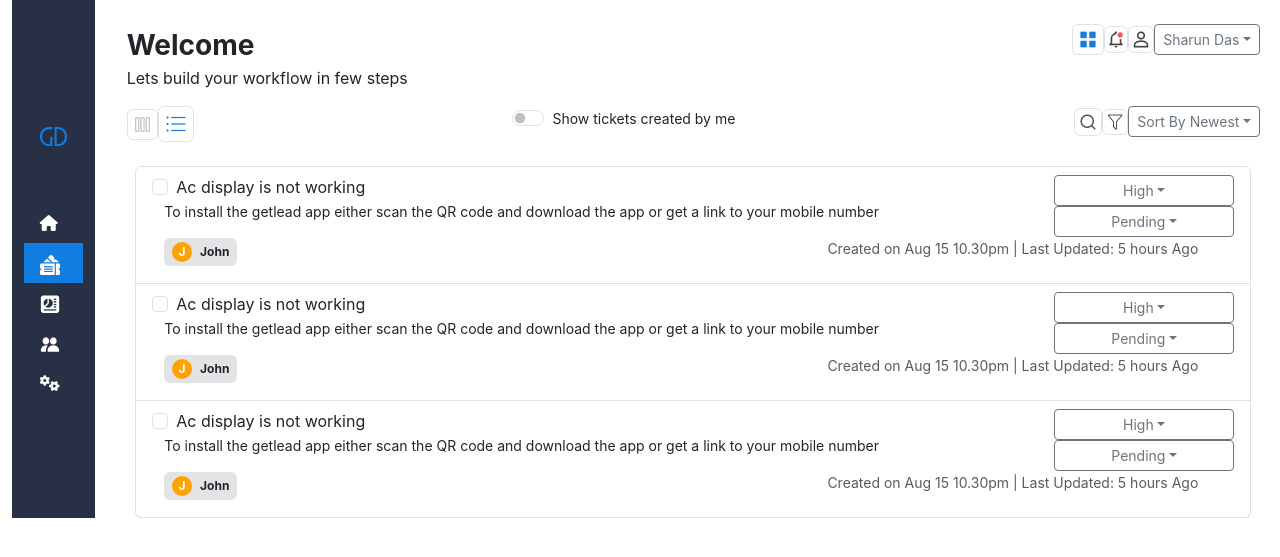
Repository: rishikarajeev/GL_HelpDesk
Page: /showtickets
The author's editor kept a copy of each file at every save. The page is drawn from the files as they stood at one save, then again after a run of saves.
The browser window is 1280 px wide. The pictures show the whole page.
The project was rebuilt for these pictures with package versions that can differ from the ones it lists, and the page was loaded fresh each time. Also part of the build but not shown: src/App.css, src/Pages/HomePage.jsx.

Above is the page before, as saved 2024-01-09 15:14:00.

### public/index.html
<!DOCTYPE html>
<html lang="en">
  <head>
    <meta charset="utf-8" />
    <link rel="icon" href="%PUBLIC_URL%/favicon.ico" />
    <meta name="viewport" content="width=device-width, initial-scale=1" />
    <meta name="theme-color" content="#000000" />
    <meta
      name="description"
      content="Web site created using create-react-app"
    />
    <link rel="apple-touch-icon" href="%PUBLIC_URL%/logo192.png" />
    <link href="https://cdn.jsdelivr.net/npm/bootstrap@5.3.2/dist/css/bootstrap.min.css" rel="stylesheet" integrity="sha384-T3c6CoIi6uLrA9TneNEoa7RxnatzjcDSCmG1MXxSR1GAsXEV/Dwwykc2MPK8M2HN" crossorigin="anonymous">
   <script src="https://cdn.jsdelivr.net/npm/bootstrap@5.3.2/dist/js/bootstrap.bundle.min.js" integrity="sha384-C6RzsynM9kWDrMNeT87bh95OGNyZPhcTNXj1NW7RuBCsyN/o0jlpcV8Qyq46cDfL" crossorigin="anonymous"></script>

   <!--
      manifest.json provides metadata used when your web app is installed on a
      user's mobile device or desktop. See https://developers.google.com/web/fundamentals/web-app-manifest/
    -->
    <link rel="manifest" href="%PUBLIC_URL%/manifest.json" />
    <!--
      Notice the use of %PUBLIC_URL% in the tags above.
      It will be replaced with the URL of the `public` folder during the build.
      Only files inside the `public` folder can be referenced from the HTML.

      Unlike "/favicon.ico" or "favicon.ico", "%PUBLIC_URL%/favicon.ico" will
      work correctly both with client-side routing and a non-root public URL.
      Learn how to configure a non-root public URL by running `npm run build`.
    -->
    <title>React App</title>
  </head>
  <body>
    <noscript>You need to enable JavaScript to run this app.</noscript>
    <div id="root"></div>
    <!--
      This HTML file is a template.
      If you open it directly in the browser, you will see an empty page.

      You can add webfonts, meta tags, or analytics to this file.
      The build step will place the bundled scripts into the <body> tag.

      To begin the development, run `npm start` or `yarn start`.
      To create a production bundle, use `npm run build` or `yarn build`.
    -->
  </body>
</html>

### src/index.js
import React from "react";
import ReactDOM from "react-dom/client";
import "./index.css";
import App from "./App";
import reportWebVitals from "./reportWebVitals";


const root = ReactDOM.createRoot(document.getElementById("root"));
root.render(<App />);

// If you want to start measuring performance in your app, pass a function
// to log results (for example: reportWebVitals(console.log))
// or send to an analytics endpoint. Learn more: https://bit.ly/CRA-vitals
reportWebVitals();

### src/App.js
import logo from "./logo.svg";
import "./App.css";

import { BrowserRouter,Route,Routes } from "react-router-dom";
import ViewTickets from "./Pages/ViewTickets";
import HomePage from "./Pages/HomePage";
import SideBar from "./Components/SideBar";
import { Container, Row, Col } from "react-bootstrap";
import Header from "./Components/Header";


function App() {
  return (
    <BrowserRouter>
<Container fluid>
     <Row>
          <Col xl={1} >
            <SideBar />
            </Col>
            <Col xl={11}>
            <Header/>
            <Routes>
              <Route path="/" element={<HomePage />}></Route>
              <Route path="/showtickets" element={<ViewTickets />}></Route>
            </Routes>
            </Col>



         </Row>
       </Container>


    </BrowserRouter>
  );
}

export default App;

### src/Pages/ViewTickets.jsx
import React from "react";

import "../Assets/Css/Styles.css";
import UserBadge from "../Components/UserBadge";
import Header from "../Components/Header";

function ViewTickets() {
  const userName = "John";

  return (

    <div className="container bg-white ">

    <ol className="list-group">
      <li className="list-group-item d-flex justify-content-between align-items-start">
        <div className="container">
          <div className="row">
            <div className="col-10">
              <div className="row">
                <div className="form-check">
                  <input
                    className="form-check-input"
                    type="checkbox"
                    value=""
                    id="flexCheckDefault"
                  />
                  <label className="form-check-label" htmlFor="flexCheckDefault">
                    Ac display is not working
                  </label>
                </div>
              </div>
              <div className="row">
                <p className="small text-wrap">
                  To install the getlead app either scan the QR code and
                  download the app or get a link to your mobile number
                </p>
              </div>

            </div>
            <div className="col-2">
              <div className="row">
                <button
                  className="btn btn-outline-secondary btn-sm dropdown-toggle"
                  type="button"
                  data-bs-toggle="dropdown"
                  aria-expanded="false"
                >
                  High
                </button>

                <button
                  className="btn btn-outline-secondary btn-sm dropdown-toggle"
                  type="button"
                  data-bs-toggle="dropdown"
                  aria-expanded="false"
                >
                  Pending
                </button>
              </div>
            </div>
            <div className="row">
                <div className="col-5">
                  <UserBadge name={userName} />
                </div>
                <div className="col-7 text-end">
                  <p className="text-muted small">
                    Created on Aug 15 10.30pm | Last Updated: 5 hours Ago
                  </p>
                </div>
              </div>
          </div>
        </div>
      </li>
      <li className="list-group-item d-flex justify-content-between align-items-start">
        <div className="container">
          <div className="row">
            <div className="col-10">
              <div className="row">
                <div className="form-check">
                  <input
                    className="form-check-input"
                    type="checkbox"
                    value=""
                    id="flexCheckDefault"
                  />
                  <label className="form-check-label" htmlFor="flexCheckDefault">
                    Ac display is not working
                  </label>
                </div>
              </div>
              <div className="row">
                <p className="small text-wrap">
                  To install the getlead app either scan the QR code and
                  download the app or get a link to your mobile number
                </p>
              </div>

            </div>
            <div className="col-2">
              <div className="row">
                <button
                  className="btn btn-outline-secondary btn-sm dropdown-toggle"
                  type="button"
                  data-bs-toggle="dropdown"
                  aria-expanded="false"
                >
                  High
                </button>

                <button
                  className="btn btn-outline-secondary btn-sm dropdown-toggle"
                  type="button"
                  data-bs-toggle="dropdown"
                  aria-expanded="false"
                >
                  Pending
                </button>
              </div>
            </div>
            <div className="row">
                <div className="col-5">
                  <UserBadge name={userName} />
                </div>
                <div className="col-7 text-end">
                  <p className="text-muted small">
                    Created on Aug 15 10.30pm | Last Updated: 5 hours Ago
                  </p>
                </div>
              </div>
          </div>
        </div>
      </li>
      <li className="list-group-item d-flex justify-content-between align-items-start">
        <div className="container">
          <div className="row">
            <div className="col-10">
              <div className="row">
                <div className="form-check">
                  <input
                    className="form-check-input"
                    type="checkbox"
                    value=""
                    id="flexCheckDefault"
                  />
                  <label className="form-check-label" htmlFor="flexCheckDefault">
                    Ac display is not working
                  </label>
                </div>
              </div>
              <div className="row">
                <p className="small text-wrap">
                  To install the getlead app either scan the QR code and
                  download the app or get a link to your mobile number
                </p>
              </div>

            </div>
            <div className="col-2">
              <div className="row">
                <button
                  className="btn btn-outline-secondary btn-sm dropdown-toggle"
                  type="button"
                  data-bs-toggle="dropdown"
                  aria-expanded="false"
                >
                  High
                </button>

                <button
                  className="btn btn-outline-secondary btn-sm dropdown-toggle"
                  type="button"
                  data-bs-toggle="dropdown"
                  aria-expanded="false"
                >
                  Pending
                </button>
              </div>
            </div>
            <div className="row">
                <div className="col-5">
                  <UserBadge name={userName} />
                </div>
                <div className="col-7 text-end">
                  <p className="text-muted small">
                    Created on Aug 15 10.30pm | Last Updated: 5 hours Ago
                  </p>
                </div>
              </div>
          </div>
        </div>
      </li>
    </ol>
  </div>

  );
}

export default ViewTickets;

### src/Components/SideBar.jsx
import React from "react";

import "@fortawesome/fontawesome-free/css/all.min.css";
import ticketIcon from "../Assets//Images/Layer_1.png";
import logo from "../Assets//Images/logo.png";
import profile from "../Assets//Images/profile_icon.png";
import filemanagr from "../Assets//Images/Frame.png";
import "../Assets/Css/Styles.css";

function SideBar() {
  return (
    <nav class="navbar navbar-expand-lg navbar-dark sideBg  d-flex flex-column h-100 ">
      <button
        class="navbar-toggler"
        type="button"
        data-toggle="collapse"
        data-target="#sidebar"
        aria-controls="sidebar"
        aria-expanded="false"
        aria-label="Toggle navigation"
      >
        <span class="navbar-toggler-icon"></span>
      </button>

      <div class="collapse navbar-collapse" id="sidebar">

        <ul class="nav  flex-column " >
        <li class="nav-item mb-5 ">
            <a class="nav-link active" href="/">
            <img src={logo} alt="Home Icon" className="icon" />
            </a>
          </li>
          <li class="nav-item">
            <a class="nav-link active text-white" href="/">
              <i class="fas fa-home"></i>
            </a>
          </li>
          <li class="nav-item  selectedColor">
            <a className="nav-link active" href="/showtickets">
              <img src={ticketIcon} alt="Home Icon" className="icon" />
            </a>
          </li>
          <li class="nav-item  ">
            <a className="nav-link active" href="#">
              <img src={filemanagr} alt="Home Icon" className="icon" />
            </a>
          </li>
          <li class="nav-item  ">
            <a className="nav-link active" href="#">
              <img src={profile} alt="Home Icon" className="icon" />
            </a>
          </li>
          <li class="nav-item ">
            <a class="nav-link text-white" href="#">
              <i class="fas fa-cogs"></i>
            </a>
          </li>

        </ul>
      </div>
    </nav>
  );
}

export default SideBar;

### src/Components/Header.jsx
import React from "react";
import column_icon from "../Assets/Images/fluent_column-triple-20-regular.png";
import list_icon from "../Assets/Images/ph_list-bullets-light.png";
import search_icon from "../Assets/Images/ri_search-line.png";
import menu_icon from "../Assets/Images/ep_menu.png";
import filter_icon from "../Assets/Images/cil_filter.png";
import notificatn_icon from "../Assets/Images/Group 10.png";
import user_icon from "../Assets/Images/ooui_user-avatar-outline.png";
import { Container, Row, Col, Navbar, Nav } from "react-bootstrap";

function Header() {
  return (
    <Container fluid className="p-2">
      <Row className=" justify-content-end mt-3 mb-3" >
        <Col sm={8}>
          <Row>
            <a class="navbar-brand fs-3 fw-bolder" href="#">
              Welcome{" "}
            </a>
          </Row>
          <Row>
            <span>Lets build your workflow in few steps</span>
          </Row>
        </Col>

        <Col sm={4}  className="text-end">
          <img src={menu_icon} alt="Local Icon" className="img-thumbnail" />
          <img
            src={notificatn_icon}
            alt="Local Icon"
            className="img-thumbnail"
          />
          <img src={user_icon} alt="Local Icon" className="img-thumbnail" />
          <button
            class="btn btn-outline-secondary btn-sm dropdown-toggle "
            type="button"
            data-bs-toggle="dropdown"
            aria-expanded="false"
          >
            Sharun Das
          </button>
        </Col>
      </Row>

      <Row className=" mt-3 mb-3">
        <Col>
          <img src={column_icon} alt="Local Icon" className="img-thumbnail" />

          <img src={list_icon} className="img-thumbnail" />
        </Col>
        <Col>
          <div class="form-check form-switch">
            <label class="form-check-label small" for="flexSwitchCheckDefault">
              Show tickets created by me
            </label>

            <input
              class="form-check-input"
              type="checkbox"
              role="switch"
              id="flexSwitchCheckDefault"
            />
          </div>
        </Col>
        <Col className="text-end">
          <img src={search_icon} alt="Local Icon" className="img-thumbnail" />
          <img src={filter_icon} alt="Local Icon" className="img-thumbnail" />
          <button
            class="btn btn-outline-secondary btn-sm dropdown-toggle "
            type="button"
            data-bs-toggle="dropdown"
            aria-expanded="false"
          >
            Sort By Newest
          </button>
        </Col>
      </Row>
    </Container>
  );
}

export default Header;

### src/Assets/Css/Styles.css
.sideBg{
    background-color:  #273045;
    padding: 3;
}
.selectedColor{
    background-color:  #117DE0;

}
.bgColor{
    background-color:  #EFEFEF;

}


  .circle-icon {
    width: 20px;
    height: 20px;
    border-radius: 50%;
    background-color: #ffa200; /* Choose your desired background color */
    display: flex;
    align-items: center;
    justify-content: center;
    color: #fff; /* Choose your desired text color */
  }
  .close-icon {
    position: absolute;
    color:black;
    top: 50%;
    left: 50%;
    transform: translate(-50%, -50%);
  }

### src/Components/UserBadge.jsx
// UserBadge.js
import React from 'react';
import { Badge } from 'react-bootstrap';
import "../Assets/Css/Styles.css"



const UserBadge = ({ name }) => {
  const initials = name
    .split(' ')
    .map((word) => word[0])
    .join('');

  return (
    <div>
      <Badge bg="secondary-subtle ">
      <div className="rounded-circle bg-secondary-subtle text-dark d-flex align-items-center justify-content-center">

        <div className="circle-icon"> <span >{initials} </span> </div>
        <span className="ms-2">{name} </span>


        </div>
      </Badge>


    </div>
  );
};

export default UserBadge;

Loaded but not shown: src/index.css (common file); src/reportWebVitals.js (common file)

After the next 2 saves:
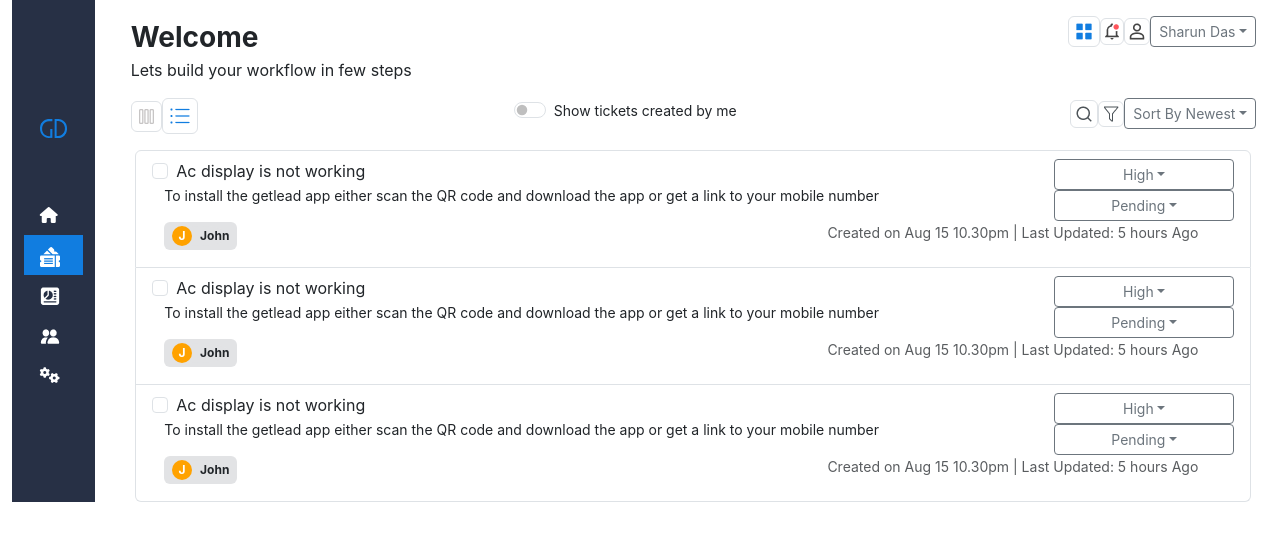
The 2 saves are shown as one change because they came seconds apart.
The last was saved 17 s later.
--- a/src/Components/Header.jsx
+++ b/src/Components/Header.jsx
@@ -10,7 +10,7 @@ import { Container, Row, Col, Navbar, Nav } from "react-bootstrap";
 
 function Header() {
   return (
-    <Container fluid className="p-2">
+    <Container fluid>
       <Row className=" justify-content-end mt-3 mb-3" >
         <Col sm={8}>
           <Row>
